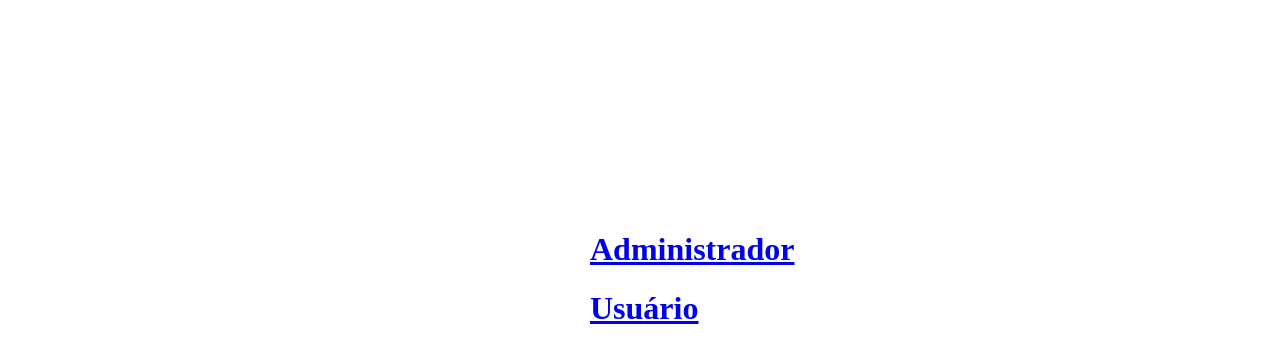
Repository: JacksonPassos/JAAS
Page: http://localhost/gerenciador/jsp/index.jsp
The author's editor kept a copy of each file at every save. The page is drawn from the files as they stood at one save, then again after the next save.
The browser window is 1280 px wide. The pictures show the whole page.
The page is served by Tomcat 9.

Above is the page before, as saved 2017-05-16 20:49:49.

### gerenciador/WebContent/jsp/index.jsp
<%@page contentType="text/html" pageEncoding="UTF-8"%>
<!DOCTYPE html>
<html>
    <head>
        <meta http-equiv="Content-Type" content="text/html; charset=UTF-8">
        <style type="text/css">
			body {
			margin:0;
			padding:0;
			text-align:center;
			}
			#pagina {
			width: 100px;
			margin: 200px auto;
			padding: 10px;
			text-align:left;
			}
			#msg {
			text-align:center;
			}
		</style>
        <title>JSP Page</title>
    </head>
    <body>
        <div id="pagina">
        	<div id="msg">
        		<h1><a href="admin/restricted.jsp">Administrador</a></h1>
        		<h1><a href="user/allowed.jsp">Usuário</a></h1>
        	</div>
        </div>
    </body>
</html>

Loaded but not shown: gerenciador/WebContent/bootstrap/css/bootstrap.min.css (library)

After the next save:
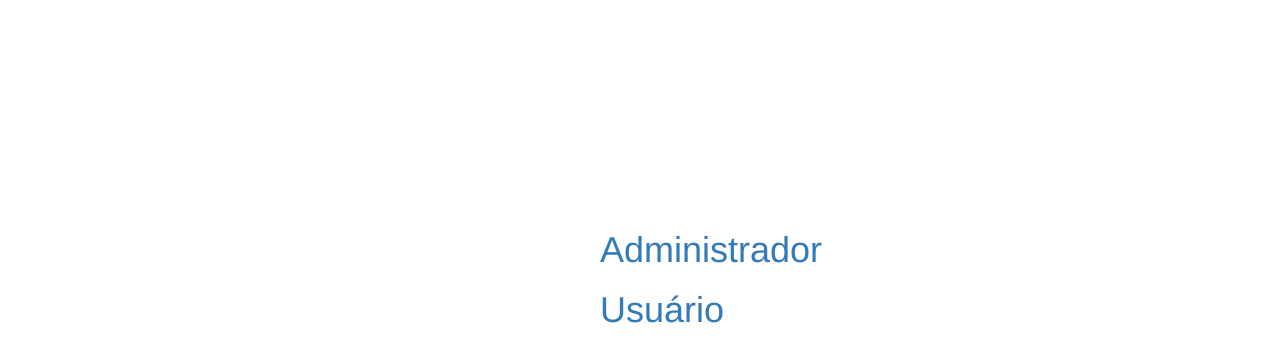
Saved 13 min 47 s later.
--- a/gerenciador/WebContent/jsp/index.jsp
+++ b/gerenciador/WebContent/jsp/index.jsp
@@ -3,6 +3,7 @@
 <html>
     <head>
         <meta http-equiv="Content-Type" content="text/html; charset=UTF-8">
+        <link rel="stylesheet" type="text/css" href="bootstrap/css/bootstrap.min.css">
         <style type="text/css">
 			body {
 			margin:0;
